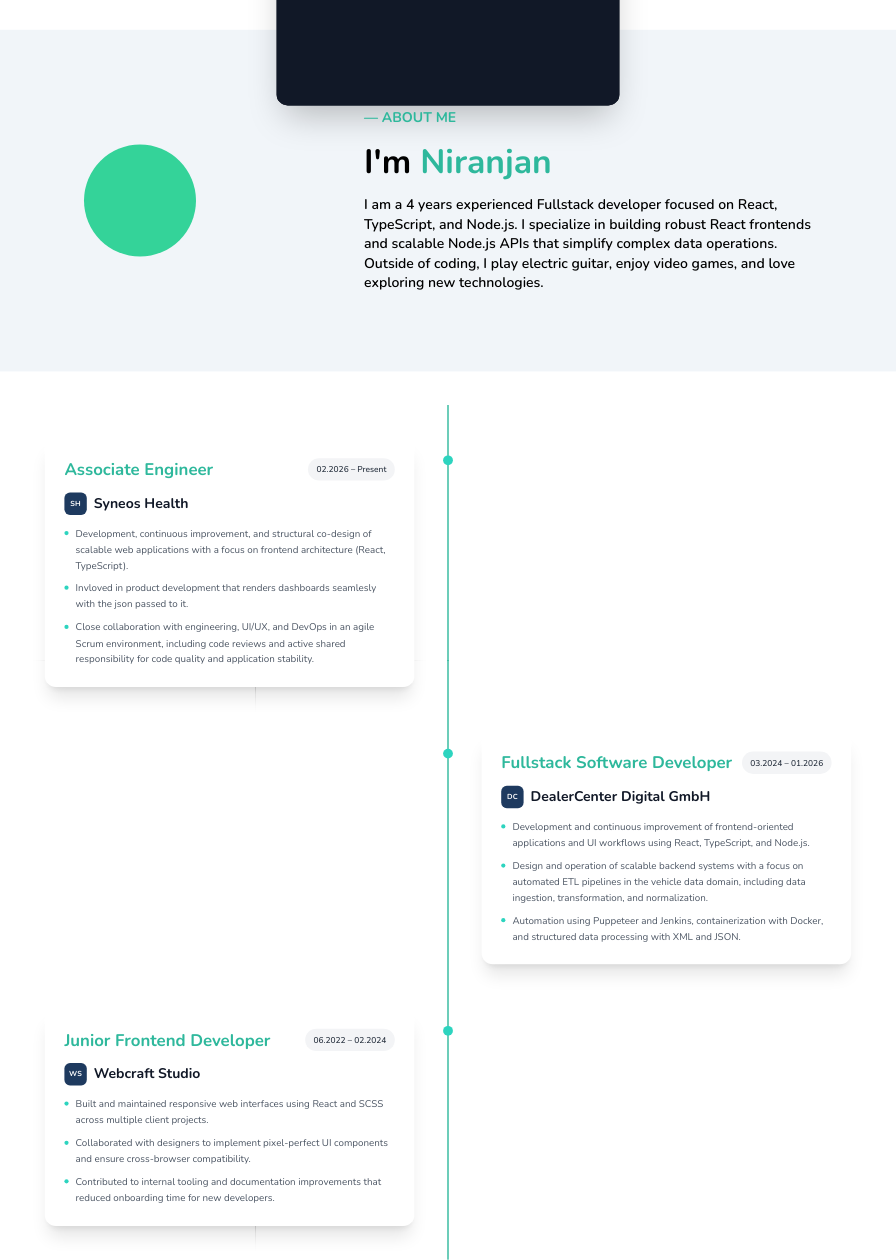
Repository: Niranjan-webdev/My-portfolio
Page: /
These files come from the project's save history. The page is drawn as it stood at one moment and after the next save; the edit follows.
The browser window is 1280 px wide. The pictures show the part of the page from y = 661 to 2581 px (the page is 2461 px tall before and 2581 px after), at 70% of full size.
The project was rebuilt for these pictures with package versions that can differ from the ones it lists, and the page was loaded fresh each time. Also part of the build but not shown: next.config.mjs.

Above is the page before, as saved 2026-03-21 12:17:42.

### src/index.css

body {

  margin: 0;
  font-family: "Nunito", sans-serif;
  -webkit-font-smoothing: antialiased;
  -moz-osx-font-smoothing: grayscale;
}

code {
  font-family: source-code-pro, Menlo, Monaco, Consolas, 'Courier New',
    monospace;
}

### src/App.js
import logo from './logo.svg';
import './App.css';
import { RiHeartFill } from '@remixicon/react'
import { Topnavbar, MainContainer } from './components';
// import Topnavbar from './components/Topnavbar';

function App() {
  return (
   <>
    <Topnavbar/>
    <MainContainer/>
   </>
  );
}

export default App;

### src/App.css
@import url('https://fonts.googleapis.com/css2?family=Fira+Code:wght@300..700&family=Nunito:ital,wght@0,200..1000;1,200..1000&display=swap');

@tailwind base;
@tailwind components;
@tailwind utilities;


.topbar__wrapper{
    @apply w-full flex justify-center
}
.topbar__content{
    @apply  py-2 bg-[#1d2734] mt-6 px-6 py-[18px] rounded-[30px] w-[700px]
}
.topbar__content ul {
   @apply flex justify-evenly
}
.topbar__content ul li{

}
.topbar__content ul li a{
    @apply  font-semibold py-2 px-6 rounded-full
}
/* .topbar__content ul li a:hover{
    @apply  text-lg
} */
.socialmedia__bar a img{
    @apply opacity-50
}
/* .burgerMenu span{
    @apply
} */

### src/components/index.js
export {default as Topnavbar} from "./Topnavbar"
export {default as MainContainer} from "./MainContainer"
export {default as Terminal} from "./terminal"
export {default as Timeline} from "./timeLine"
export {default as TimelineCard} from "./TimelineCard"

export {default as github} from "../assets/github-logo-dark.png"
export {default as linkedIn} from "../assets/linkedin-logo-dark.png"
export {default as DevTo} from "../assets/devto-logo-light.png"
export {default as mail} from "../assets/mail-logo-dark.5ab6061889d3fa3a24ef.png"

### src/components/Topnavbar.js
import { useState } from 'react'
import React from 'react'
import logo from '../assets/logo.svg'

function Topnavbar() {
    const [activeTab, setActiveTab] = useState('Home')
    const [isMenuOpen, setIsMenuOpen] = useState(false)

    const navItems = ['About', 'Portfolio', 'Home', 'Skills', 'Contact']

    const handleTabClick = (tabName) => {
        setActiveTab(tabName)
        console.log('Active tab changed to:', tabName)
    }
    const handleModal = () => {
        setIsMenuOpen(!isMenuOpen)
    }
    return (
        <>
            <div className='topbar__wrapper'>
                <nav className='topbar__content'>
                    <ul className=''>
                        {navItems.map((item) => (
                            <li key={item}>
                                <a
                                    onClick={() => handleTabClick(item)}
                                    className={`cursor-pointer transition-colors duration-200 ${activeTab === item
                                            ? 'bg-[#2eb89c] text-white font-semibold px-4 py-2 rounded'
                                            : 'text-[#808080] hover:text-[#2eb89c] px-4 py-2'
                                        }`}
                                >
                                    {item}
                                </a>
                            </li>
                        ))}
                    </ul>
                </nav>
            </div>
           {/* <div className='responsive__topbar fixed bg-white z-50'>
                <button className='burgerMenu fixed right-10 top-10 flex flex-col gap-[3px]'
                onClick={handleModal}>
                    <span className={`px-[12px] py-[2px] bg-black w-full rounded transition-transform duration-300
                      ${  isMenuOpen? 'rotate-45 translate-y-1.5' : ''
                    }`}
                   ></span>
                    <span className={`px-[12px] py-[2px] bg-black w-full rounded
                         ${  isMenuOpen? 'opacity-0' : ''
                }`}></span>
                    <span className={`px-[12px] py-[2px] bg-black w-full rounded transition-transform duration-300
                      ${  isMenuOpen? '-rotate-45 -translate-y-1.5' : ''
                    }`}></span>
                </button>
                <ul className={`responsive__content h-screen w-screen flex flex-col items-center justify-evenly
                ${isMenuOpen ? 'h-screen opacity-100' : 'max-h-0 opacity-0'}`}>
                {navItems.map((item) => (
                            <li key={item}>
                                <a
                                    onClick={() => handleTabClick(item)}
                                    className={"text-2xl font-bold"}>
                                    {item}
                                </a>
                            </li>
                        ))}
                </ul>
            </div>  */}
        </>
    )
}

export default Topnavbar

### src/components/MainContainer.js
import React from 'react'
import hero from '../assets/hero.png'
import logoOutline from '../assets/logo-outline.svg'
import dotcircles from '../assets/dotcircles.svg'
import { Terminal, github, linkedIn, mail, DevTo } from "./index"
import TimeLine from './timeLine'
// import OwlCarousel from 'react-owl-carousel';
// import 'owl.carousel/dist/assets/owl.carousel.css';
// import 'owl.carousel/dist/assets/owl.theme.default.css';

function MainContainer() {
    return (
        <>
            {/* Hero Banner start */}
            <section className='w-full'>
                {/* Social media bar */}
                <div className='socialmedia__bar ml-[1.3rem] fixed top-[40%] flex md:flex-col flex-col gap-6 w-[32px]'>
                    <a><img src={github} /></a>
                    <a><img src={linkedIn} /></a>
                    <a><img src={DevTo} /></a>
                    <a><img src={mail} /></a>
                </div>
                {/* Social media bar */}
                <div className='hero__banner h-[calc(100vh-100px)] flex items-center justify-around px-[5rem] py-[3rem] md:flex flex-wrap gap-4'>
                    <div className='banner__content w-3/5'>
                        <h4 className='text-2xl font-semibold'>Hello! 👋</h4>
                        <h2 className='text-4xl mb-4 font-bold'>I'm <span className='border-b-2 border-[#2eb89c]'>Niranjan Govinthan</span></h2>
                        <h1 className='text-6xl mb-6 font-bold bg-gradient-to-r from-[#2eb89c] to-[#1d2734] text-transparent bg-clip-text'>FULLSTACK-DEVELOPER</h1>
                        <p className='text-xl mb-10 font-semibold'>Focused on  <span className='text-[#713cdd] font-bold'>React</span>,  <span className='text-[#713cdd] font-bold'>Svelte</span>, <span className='text-[#713cdd] font-bold'>JavaScript</span>, <span className='text-[#713cdd] font-bold'>TypeScript</span>, and <span className='text-[#713cdd] font-bold'>Node.js</span>. I craft fast, accessible interfaces and build scalable, maintainable backend systems.</p>
                        <button className='py-4 px-6 bg-[#2eb89c] hover:bg-[#79cdb9] rounded-[12px] text-white text-base font-bold'>MORE ABOUT ME</button>
                    </div>
                    <Terminal />
                </div>
            </section>
            {/* Hero Banner end */}

            {/* About me */}
            <section className=' about__me flex bg-[#f1f5f9]'>
                <div className='about__container w-full py-[7rem] flex items-center justify-around'>
                    <div className='profile'>
                        <div className='p-20 rounded-full bg-emerald-400'></div>
                    </div>
                    <div className='about__content w-1/2'>
                        <h4 className='text-xl font-bold text-[#2eb89c] mb-6'>— ABOUT ME</h4>
                        <h2 className='text-5xl text-[#2eb89c] mb-6 font-bold'><span className='text-black'>I'm</span> Niranjan</h2>
                        <p className='text-xl font-[600]'>I am a 4 years experienced Fullstack developer focused on React, TypeScript, and Node.js. I specialize in building robust React frontends and scalable Node.js APIs that simplify complex data operations. Outside of coding, I play electric guitar, enjoy video games, and love exploring new technologies.</p>
                    </div>
                </div>

            </section>
            <TimeLine/>
            {/* About me */}
        </>
    )
}

export default MainContainer

### src/components/terminal.js
import React, { useState, useEffect, useRef } from 'react';

const Terminal = () => {
  const [input, setInput] = useState('');
  const [history, setHistory] = useState([
    { type: 'output', content: "Type 'help' to get started" }
  ]);
  const [currentPath, setCurrentPath] = useState('~');
  const [commandHistory, setCommandHistory] = useState([]);
  const [historyIndex, setHistoryIndex] = useState(-1);
  const inputRef = useRef(null);
  const terminalRef = useRef(null);

  // Sample file system structure
  const fileSystem = {
    '~': {
      type: 'directory',
      contents: {
        'projects': {
          type: 'directory',
          contents: {
            'portfolio': { type: 'directory', contents: {} },
            'blog': { type: 'directory', contents: {} },
            'README.md': { type: 'file', content: 'Welcome to my projects!' }
          }
        },
        'documents': {
          type: 'directory',
          contents: {
            'resume.pdf': { type: 'file', content: 'Resume file' },
            'notes.txt': { type: 'file', content: 'Personal notes' }
          }
        },
        'about.txt': { type: 'file', content: 'Full-stack developer passionate about creating amazing web experiences.' }
      }
    }
  };

  // Available commands
  const commands = {
    help: () => [
      'Available commands:',
      '  help     - Show this help message',
      '  clear    - Clear the terminal',
      '  ls       - List directory contents',
      '  cd       - Change directory',
      '  cat      - Display file contents',
      '  pwd      - Show current directory',
      '  whoami   - Display user information',
      '  date     - Show current date',
      '  echo     - Display text',
      '  about    - About me',
      '  skills   - My technical skills',
      '  contact  - Contact information'
    ],
    clear: () => {
      setHistory([]);
      return [];
    },
    ls: () => {
      const currentDir = getCurrentDirectory();
      if (currentDir && currentDir.contents) {
        return Object.keys(currentDir.contents).map(item => {
          const itemObj = currentDir.contents[item];
          return itemObj.type === 'directory' ? `📁 ${item}/` : `📄 ${item}`;
        });
      }
      return ['Directory not found'];
    },
    pwd: () => [currentPath],
    whoami: () => ['niranjan-dev'],
    date: () => [new Date().toString()],
    about: () => [
      'Hi! I\'m Niranjan, a Full-stack Developer',
      'Focused on JavaScript, Svelte, React, and Node.js',
      'I craft fast, accessible interfaces and build scalable,',
      'maintainable backend systems.',
      '',
      'Currently exploring new technologies and building',
      'innovative web solutions.'
    ],
    skills: () => [
      'Technical Skills:',
      '• Frontend: Svelte, React, TypeScript, JavaScript, HTML5, CSS3',
      '• Backend: Node.js, Express',
      '• Database: MongoDB',
      '• Tools: Git, Linux',
    ],
    contact: () => [
      'Get in touch:',
      '• Email: niranjan.g2k@gmail.com',
      '• GitHub: github.com/niranjanUidev',
      '• LinkedIn: linkedin.com/in/niranjan-dev',
      '• Website: niranjan-dev.de'
    ]
  };

  const getCurrentDirectory = () => {
    const pathParts = currentPath.split('/').filter(part => part !== '');
    let current = fileSystem['~'];

    for (const part of pathParts) {
      if (part === '~') continue;
      if (current.contents && current.contents[part]) {
        current = current.contents[part];
      } else {
        return null;
      }
    }
    return current;
  };

  const processCommand = (cmd) => {
    const trimmedCmd = cmd.trim();
    if (!trimmedCmd) return;

    const [command, ...args] = trimmedCmd.split(' ');

    // Add to command history
    setCommandHistory(prev => [...prev, trimmedCmd]);
    setHistoryIndex(-1);

    // Add command to history display
    setHistory(prev => [...prev, { type: 'command', content: `> ${trimmedCmd}` }]);

    if (commands[command]) {
      const result = commands[command](args);
      if (result.length > 0) {
        setHistory(prev => [...prev, { type: 'output', content: result }]);
      }
    } else if (command === 'echo') {
      setHistory(prev => [...prev, { type: 'output', content: [args.join(' ')] }]);
    } else if (command === 'cat') {
      const filename = args[0];
      const currentDir = getCurrentDirectory();
      if (currentDir && currentDir.contents && currentDir.contents[filename]) {
        const file = currentDir.contents[filename];
        if (file.type === 'file') {
          setHistory(prev => [...prev, { type: 'output', content: [file.content] }]);
        } else {
          setHistory(prev => [...prev, { type: 'output', content: [`cat: ${filename}: Is a directory`] }]);
        }
      } else {
        setHistory(prev => [...prev, { type: 'output', content: [`cat: ${filename}: No such file or directory`] }]);
      }
    } else if (command === 'cd') {
      const dir = args[0] || '~';
      if (dir === '~') {
        setCurrentPath('~');
      } else if (dir === '..') {
        const pathParts = currentPath.split('/').filter(part => part !== '');
        pathParts.pop();
        setCurrentPath(pathParts.length > 0 ? pathParts.join('/') : '~');
      } else {
        const currentDir = getCurrentDirectory();
        if (currentDir && currentDir.contents && currentDir.contents[dir] && currentDir.contents[dir].type === 'directory') {
          setCurrentPath(currentPath === '~' ? dir : `${currentPath}/${dir}`);
        } else {
          setHistory(prev => [...prev, { type: 'output', content: [`cd: ${dir}: No such file or directory`] }]);
        }
      }
    } else {
      setHistory(prev => [...prev, { type: 'output', content: [`Command not found: ${command}. Type 'help' for available commands.`] }]);
    }
  };

  const handleKeyDown = (e) => {
    if (e.key === 'Enter') {
      e.preventDefault();
      processCommand(input);
      setInput('');
    } else if (e.key === 'ArrowUp') {
      e.preventDefault();
      if (commandHistory.length > 0) {
        const newIndex = historyIndex === -1 ? commandHistory.length - 1 : Math.max(0, historyIndex - 1);
        setHistoryIndex(newIndex);
        setInput(commandHistory[newIndex]);
      }
    } else if (e.key === 'ArrowDown') {
      e.preventDefault();
      if (historyIndex !== -1) {
        const newIndex = historyIndex + 1;
        if (newIndex >= commandHistory.length) {
          setHistoryIndex(-1);
          setInput('');
        } else {
          setHistoryIndex(newIndex);
          setInput(commandHistory[newIndex]);
        }
      }
    }
  };

  const handleTerminalClick = () => {
    inputRef.current?.focus();
  };

  useEffect(() => {
    if (terminalRef.current) {
      terminalRef.current.scrollTop = terminalRef.current.scrollHeight;
    }
  }, [history]);

  useEffect(() => {
    inputRef.current?.focus();
  }, []);

  return (
    <div className="w-full max-w-[490px] max-h-[280px] bg-gray-900 rounded-[16px] shadow-2xl overflow-hidden">
      {/* Terminal Header */}
      <div className="bg-gray-800 px-4 py-3 flex items-center justify-between">
        <div className="flex items-center space-x-2">
          <div className="w-3 h-3 bg-red-500 rounded-full"></div>
          <div className="w-3 h-3 bg-yellow-500 rounded-full"></div>
          <div className="w-3 h-3 bg-green-500 rounded-full"></div>
        </div>
        <div className="text-gray-300 text-base font-bold font-mono">
          niranjan@portfolio:~$
        </div>
        <div className="w-16"></div>
      </div>

      {/* Terminal Content */}
      <div
        ref={terminalRef}
        className="bg-gray-900 text-green-400 font-mono text-sm p-4 h-96 cursor-text overflow-y-auto"
        onClick={handleTerminalClick}
      >
        {history.map((item, index) => (
          <div key={index} className="mb-1">
            {item.type === 'command' ? (
              <div className="text-green-500 text-base font-bold">{item.content}</div>
            ) : (
              <div className="text-gray-300 text-base font-bold">
                {Array.isArray(item.content) ? (
                  item.content.map((line, lineIndex) => (
                    <div key={lineIndex}>{line}</div>
                  ))
                ) : (
                  <div>{item.content}</div>
                )}
              </div>
            )}
          </div>
        ))}

        {/* Input Line */}
        <div className="flex items-center">
          <span className="text-green-400 mr-2">
            niranjan@portfolio:{currentPath}$
          </span>
          <input
            ref={inputRef}
            type="text"
            value={input}
            onChange={(e) => setInput(e.target.value)}
            onKeyDown={handleKeyDown}
            className="flex-1 bg-transparent text-green-400 outline-none font-mono"
            autoComplete="off"
            spellCheck="false"
          />
          {/* <span className="text-green-400 animate-pulse">█</span> */}
        </div>
      </div>
    </div>
  );
};

export default Terminal;

### src/components/timeLine.js
import React from 'react';
import TimelineCard from './TimelineCard';

const timelineData = [
  {
    date: '02.2026 – Present',
    title: 'Associate Engineer',
    company: 'Syneos Health',
    companyInitials: 'SH',
    bullets: [
      'Development, continuous improvement, and structural co-design of scalable web applications with a focus on frontend architecture (React, TypeScript).',
      'Invloved in product development that renders dashboards seamlesly with the json passed to it.',
      'Close collaboration with engineering, UI/UX, and DevOps in an agile Scrum environment, including code reviews and active shared responsibility for code quality and application stability.',
    ],
    side: 'left',
  },
  {
    date: '03.2024 – 01.2026',
    title: 'Fullstack Software Developer',
    company: 'DealerCenter Digital GmbH',
    companyInitials: 'DC',
    bullets: [
      'Development and continuous improvement of frontend-oriented applications and UI workflows using React, TypeScript, and Node.js.',
      'Design and operation of scalable backend systems with a focus on automated ETL pipelines in the vehicle data domain, including data ingestion, transformation, and normalization.',
      'Automation using Puppeteer and Jenkins, containerization with Docker, and structured data processing with XML and JSON.',
    ],
    side: 'right',
  },
  {
    date: '06.2022 – 02.2024',
    title: 'Junior Frontend Developer',
    company: 'Webcraft Studio',
    companyInitials: 'WS',
    bullets: [
      'Built and maintained responsive web interfaces using React and SCSS across multiple client projects.',
      'Collaborated with designers to implement pixel-perfect UI components and ensure cross-browser compatibility.',
      'Contributed to internal tooling and documentation improvements that reduced onboarding time for new developers.',
    ],
    side: 'left',
  },
];

function TimeLine() {
  return (
    <div className="relative w-full py-12 mt-[3rem] px-[4rem]">
      {/* Central vertical line */}
      <div className="absolute left-1/2  top-0 bottom-0 w-[2px] bg-[#2eb89c] -translate-x-1/2" />

      <div className="flex flex-col gap-16 relative">
        {timelineData.map((item, i) => (
          <TimelineCard key={i} item={item} />
        ))}
      </div>
    </div>
  );
}

export default TimeLine;

### src/components/TimelineCard.js
import React from 'react';

function TimelineCard({ item }) {
    const isLeft = item.side === 'left';

    const Card = (
      <div className="bg-white rounded-2xl p-7 shadow-xl hover:shadow-2xl transition-shadow duration-200">
        {/* Header: title + date badge */}
        <div className="flex items-start justify-between gap-3 flex-wrap mb-4">
          <h3 className="text-[#2eb89c] font-bold text-2xl leading-snug m-0">
            {item.title}
          </h3>
          <span className="bg-gray-100 text-gray-800 text-xs font-medium px-3 py-2 rounded-full whitespace-nowrap shrink-0">
            {item.date}
          </span>
        </div>

        {/* Company */}
        <div className="flex items-center gap-2.5 mb-4">
          <div className="w-8 h-8 rounded-lg bg-[#1e3a5f] text-white text-[0.65rem] font-bold flex items-center justify-center tracking-wide shrink-0">
            {item.companyInitials}
          </div>
          <span className="text-xl font-bold text-gray-900">{item.company}</span>
        </div>

        {/* Bullets */}
        <ul className="flex flex-col gap-2.5 p-0 m-0 list-none">
          {item.bullets.map((b, i) => (
            <li key={i} className="flex gap-2.5 text-sm text-gray-600 leading-relaxed">
              <span className="w-1.5 h-1.5 rounded-full bg-[#2dd4bf] shrink-0 mt-[7px]" />
              <span>{b}</span>
            </li>
          ))}
        </ul>
      </div>
    );

    return (
      <div className="grid grid-cols-[1fr_48px_1fr] items-start relative">
        {isLeft ? (
          <>
            <div className="pr-6">{Card}</div>
            <div className="flex justify-center pt-6 z-10">
            <div className="w-3.5 h-3.5 rounded-full bg-[#2dd4bf] shrink-0" />
            </div>
            <div />
          </>
        ) : (
          <>
            <div />
            <div className="flex justify-center pt-6 z-10">
            <div className="w-3.5 h-3.5 rounded-full bg-[#2dd4bf] shrink-0" />
            </div>
            <div className="pl-6">{Card}</div>
          </>
        )}
      </div>
    );
  }

  export default TimelineCard;

### tailwind.config.js
/** @type {import('tailwindcss').Config} */
module.exports = {
  content: [
    "./src/**/*.{js,jsx,ts,tsx}",
  ],
  theme: {
    container: {
      margin: "3rem",
    },
    extend: {},
  },
  plugins: [],
}

Loaded but not shown: public/index.html (common file); src/index.js (common file); src/reportWebVitals.js (common file)

After the next save:
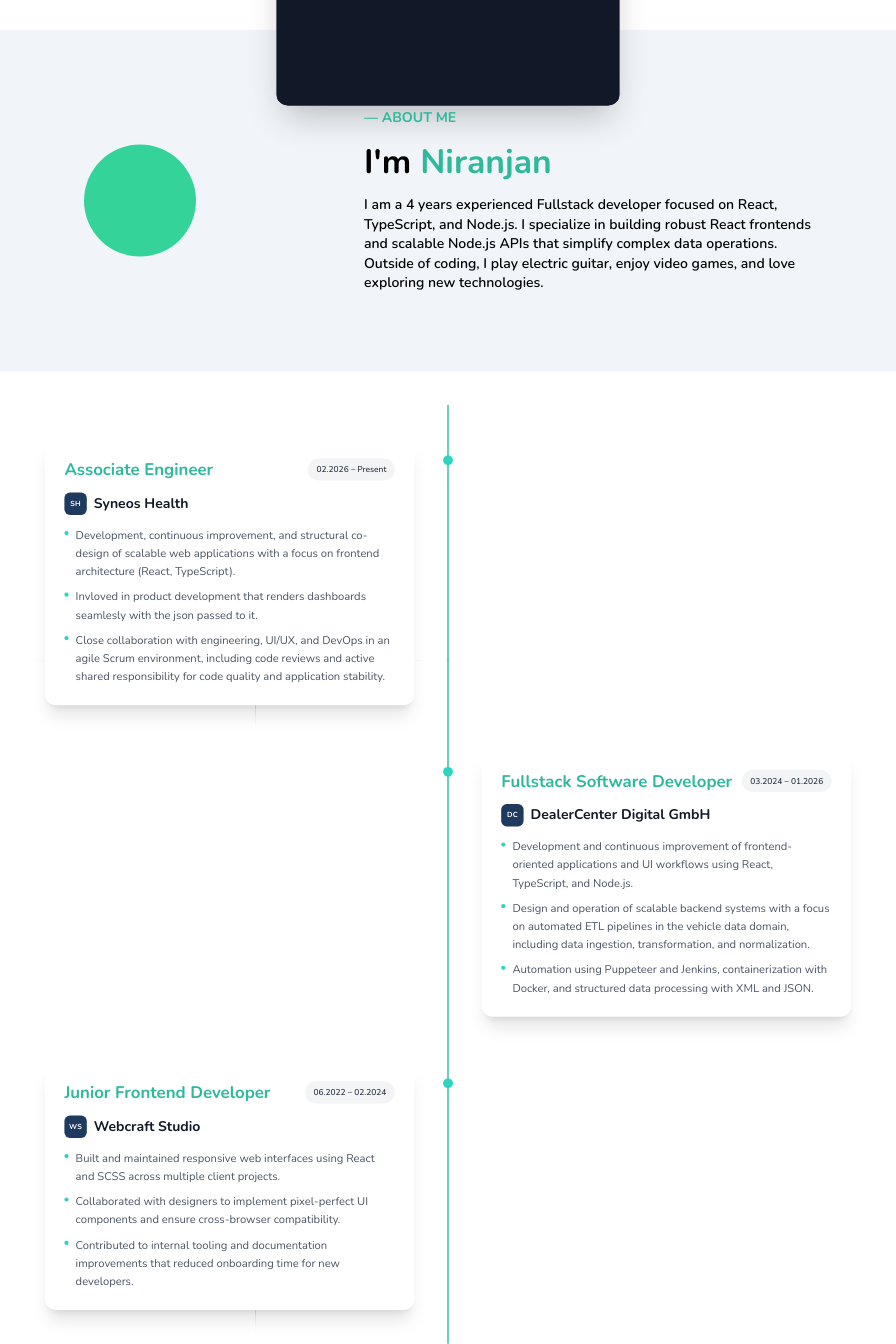
Saved 49 s later.
--- a/src/components/TimelineCard.js
+++ b/src/components/TimelineCard.js
@@ -26,7 +26,7 @@ function TimelineCard({ item }) {
         {/* Bullets */}
         <ul className="flex flex-col gap-2.5 p-0 m-0 list-none">
           {item.bullets.map((b, i) => (
-            <li key={i} className="flex gap-2.5 text-sm text-gray-600 leading-relaxed">
+            <li key={i} className="flex gap-2.5 text-base text-gray-600 leading-relaxed">
               <span className="w-1.5 h-1.5 rounded-full bg-[#2dd4bf] shrink-0 mt-[7px]" />
               <span>{b}</span>
             </li>
